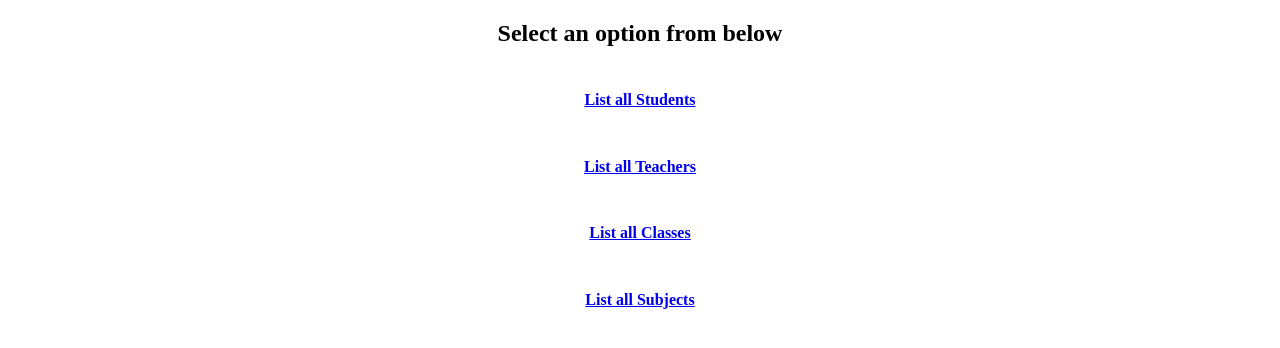
Repository: ashkumar661/Phase-2-Project
Page: http://localhost/crud-example/
The author's editor kept a copy of each file at every save. The page is drawn from the files as they stood at one save, then again after the next save.
The browser window is 1280 px wide. The pictures show the whole page.
The page is served by Tomcat 9.

Above is the page before, as saved 2022-05-15 22:21:07.

After the next save:
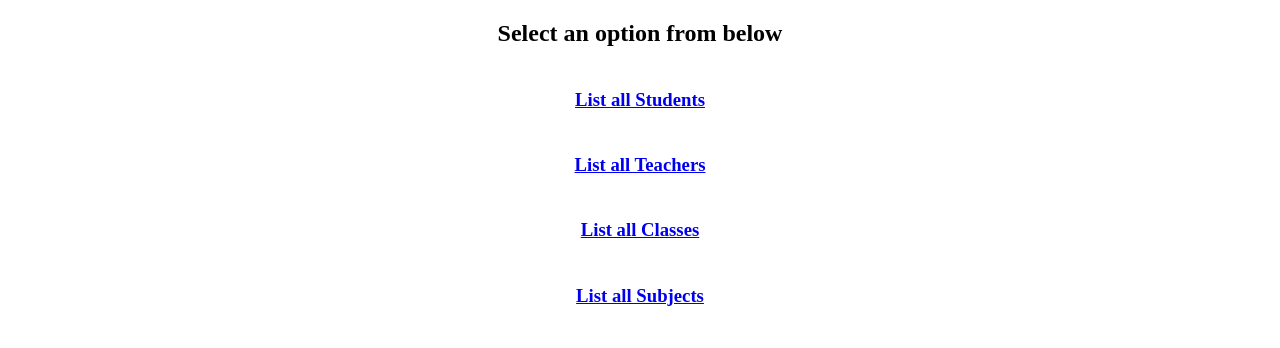
Saved 44 s later.
--- a/crud-example/src/main/webapp/dashboard.jsp
+++ b/crud-example/src/main/webapp/dashboard.jsp
@@ -9,13 +9,13 @@
 <center>
 	<h2>Select an option from below</h1>
 	<table>
-		<th><a href="student-list.jsp"><h4>List all Students</h3></a></th>
+		<th><a href="student-list.jsp"><h3>List all Students</h3></a></th>
 		<tr></tr>
-		<th><a href="teacher-list.jsp"><h4>List all Teachers</h3></a></th>
+		<th><a href="teacher-list.jsp"><h3>List all Teachers</h3></a></th>
 		<tr></tr>
-		<th><a href="class-list.jsp"><h4>List all Classes</h3></a></th>
+		<th><a href="class-list.jsp"><h3>List all Classes</h3></a></th>
 		<tr></tr>
-		<th><a href="subject-list.jsp"><h4>List all Subjects</h3></a></th>
+		<th><a href="subject-list.jsp"><h3>List all Subjects</h3></a></th>
 		<tr></tr>
 	</table>
 	</center>
